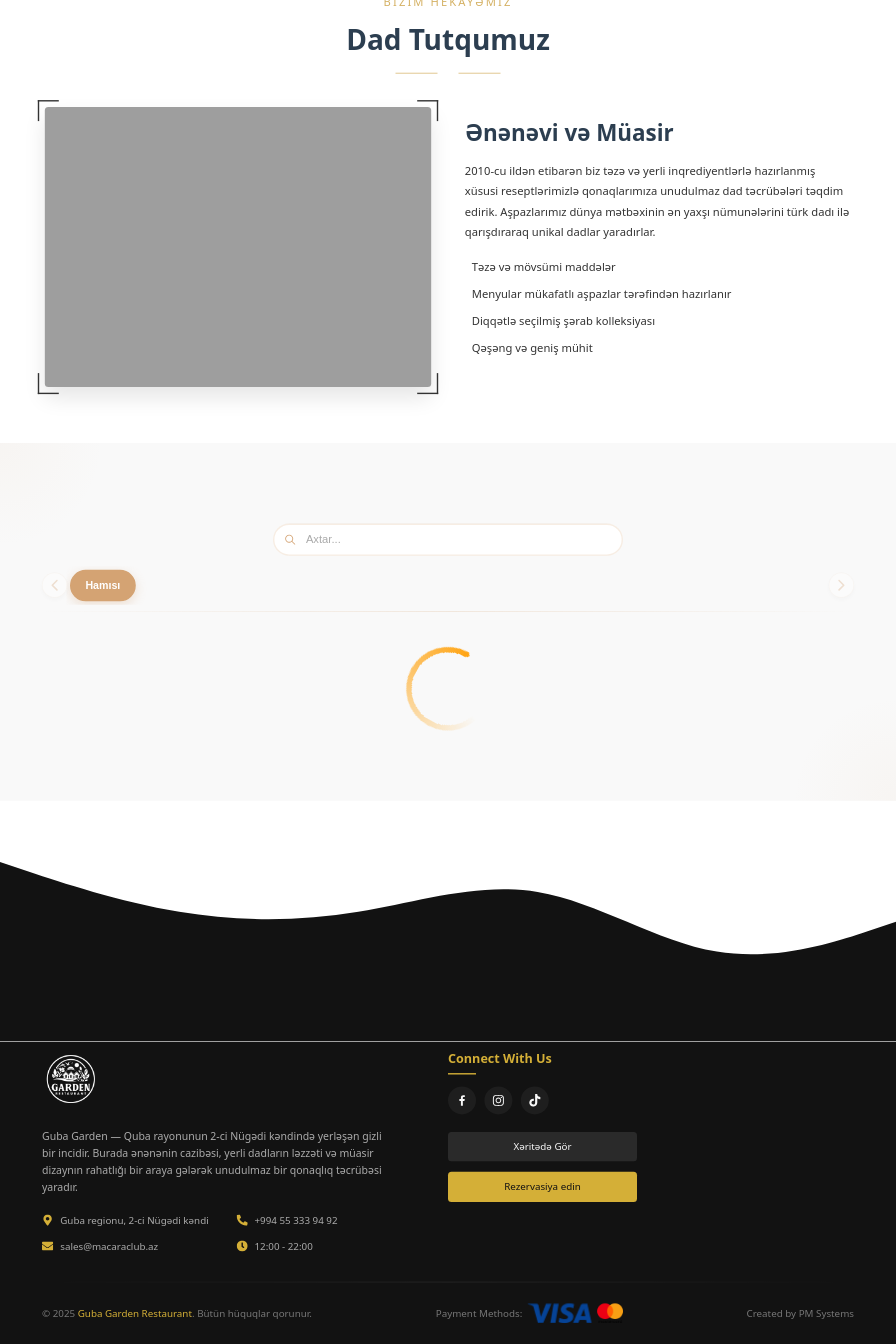
Repository: ferhadsultan98/menu-macara
Page: /
These files come from the project's save history. The page is drawn as it stood at one moment and after the next save; the edit follows.
The browser window is 1280 px wide. The pictures show the part of the page from y = 810 to 2730 px (the page is 2730 px tall before and 2684 px after), at 70% of full size.
Pictures or frames that could not be fetched are drawn as grey boxes. The page's requests for data from a server got no answer. The project was rebuilt for these pictures with package versions that can differ from the ones it lists, and the page was loaded fresh each time. No one was signed in, and anything a server would have sent is missing. Also part of the build but not shown: vite.config.js.

Above is the page before, as saved 2025-04-18 14:46:32.

After the next save:
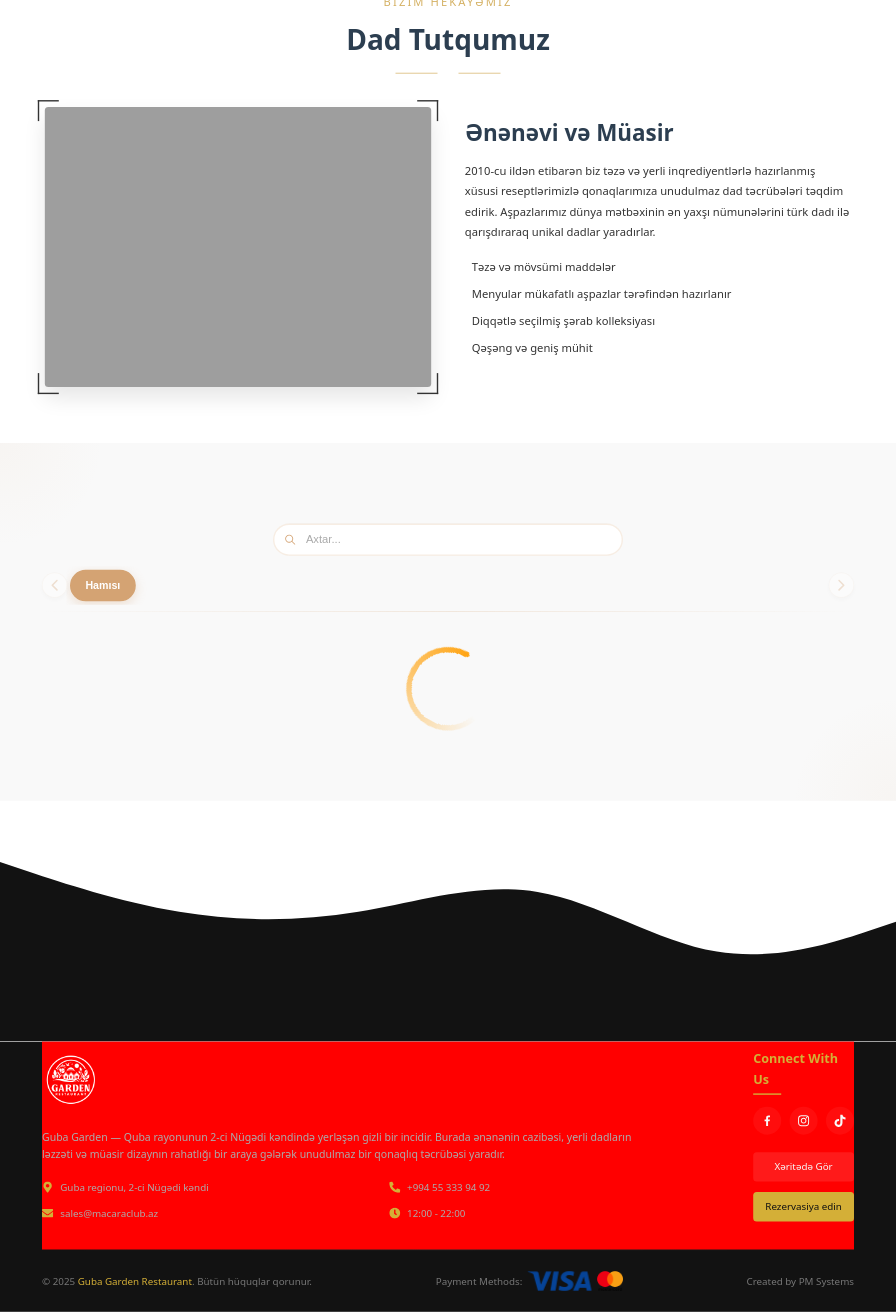
Saved 4 s later.
--- a/src/Components/Common/Footer/Footer.scss
+++ b/src/Components/Common/Footer/Footer.scss
@@ -31,7 +31,10 @@
     grid-template-columns: 2fr 1fr 1fr;
     gap: 40px;
     padding: 10px 0 40px;
-
+    background: red;
+    justify-content: center;
+    display: flex;
+    align-items: center;
     @media (max-width: 992px) {
       grid-template-columns: 1fr 1fr;
     }

After the save that followed:
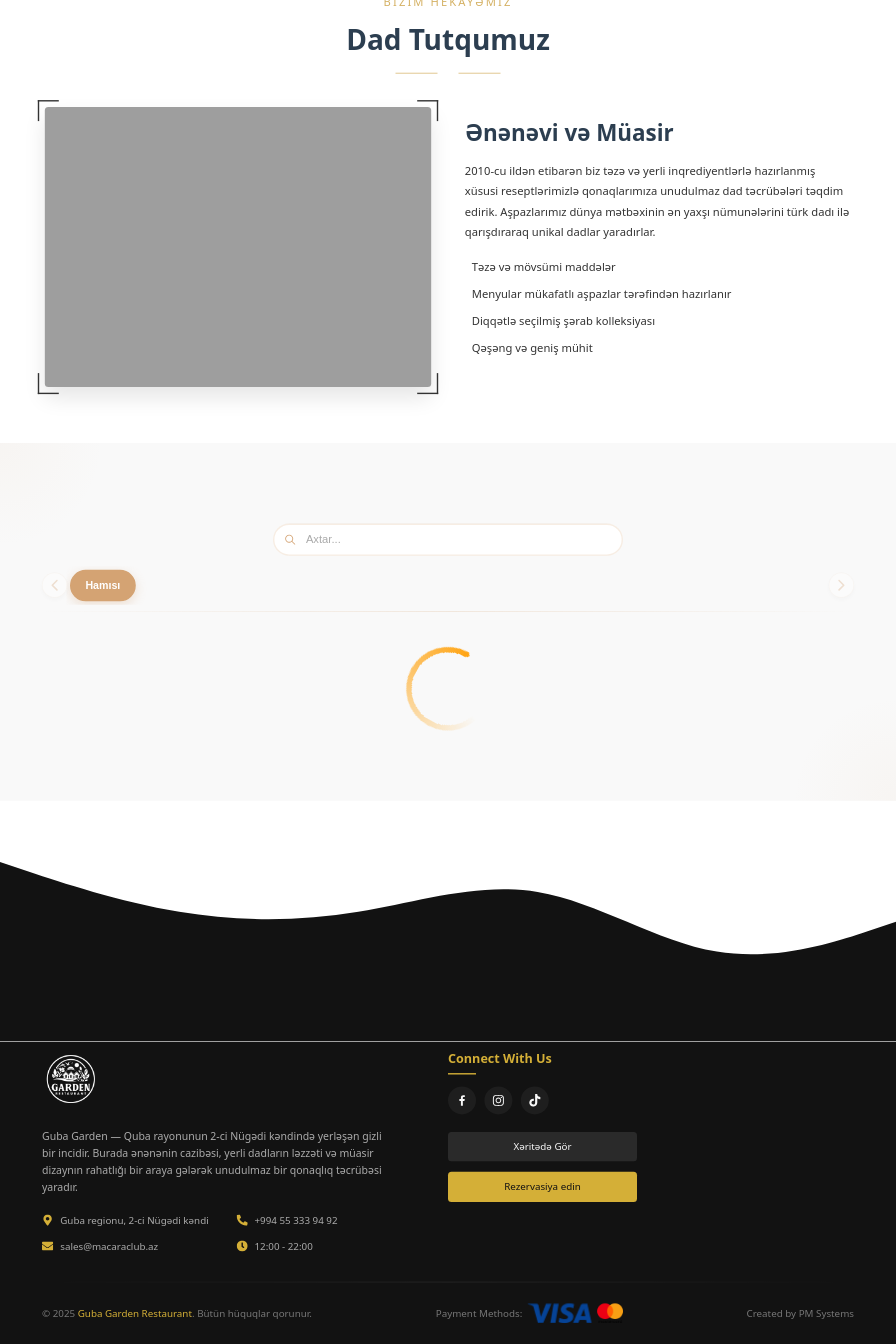
Saved 8 s later.
--- a/src/Components/Common/Footer/Footer.scss
+++ b/src/Components/Common/Footer/Footer.scss
@@ -31,10 +31,7 @@
     grid-template-columns: 2fr 1fr 1fr;
     gap: 40px;
     padding: 10px 0 40px;
-    background: red;
-    justify-content: center;
-    display: flex;
-    align-items: center;
+
     @media (max-width: 992px) {
       grid-template-columns: 1fr 1fr;
     }
